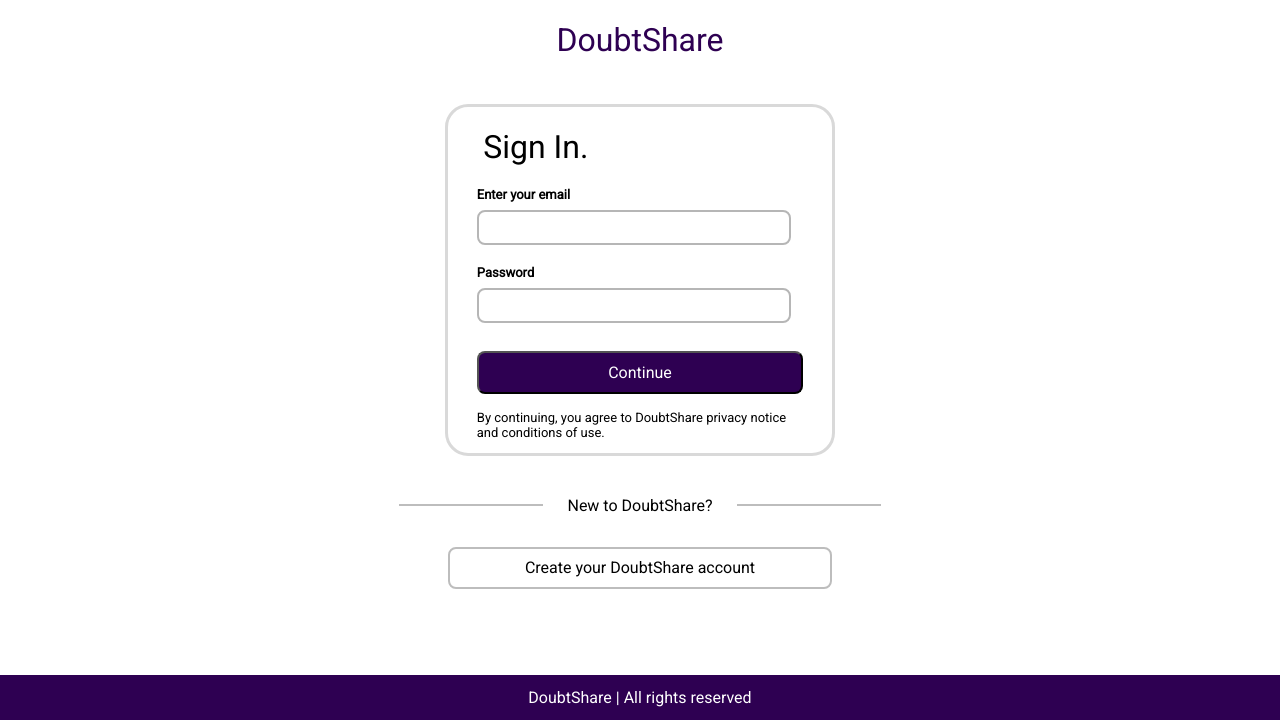
Repository: drumsmanku/doubtshare
Page: /login/tutor (app in frontend/)
These files come from the project's save history. The page is drawn as it stood at one moment and after the next save; the edit follows.
The browser window is 1280 px wide. The pictures show the whole page.
The project was rebuilt for these pictures with package versions that can differ from the ones it lists, and the page was loaded fresh each time. Also part of the build but not shown: frontend/src/App.css, frontend/src/Components/Register/Register.js, frontend/src/Components/Dashboard/Dashboard.js, frontend/src/Components/Login/Login.js, frontend/src/Components/RegisterTutor/RegisterTutor.js.

Above is the page before, as saved 2023-12-30 12:01:22.

After the next save:
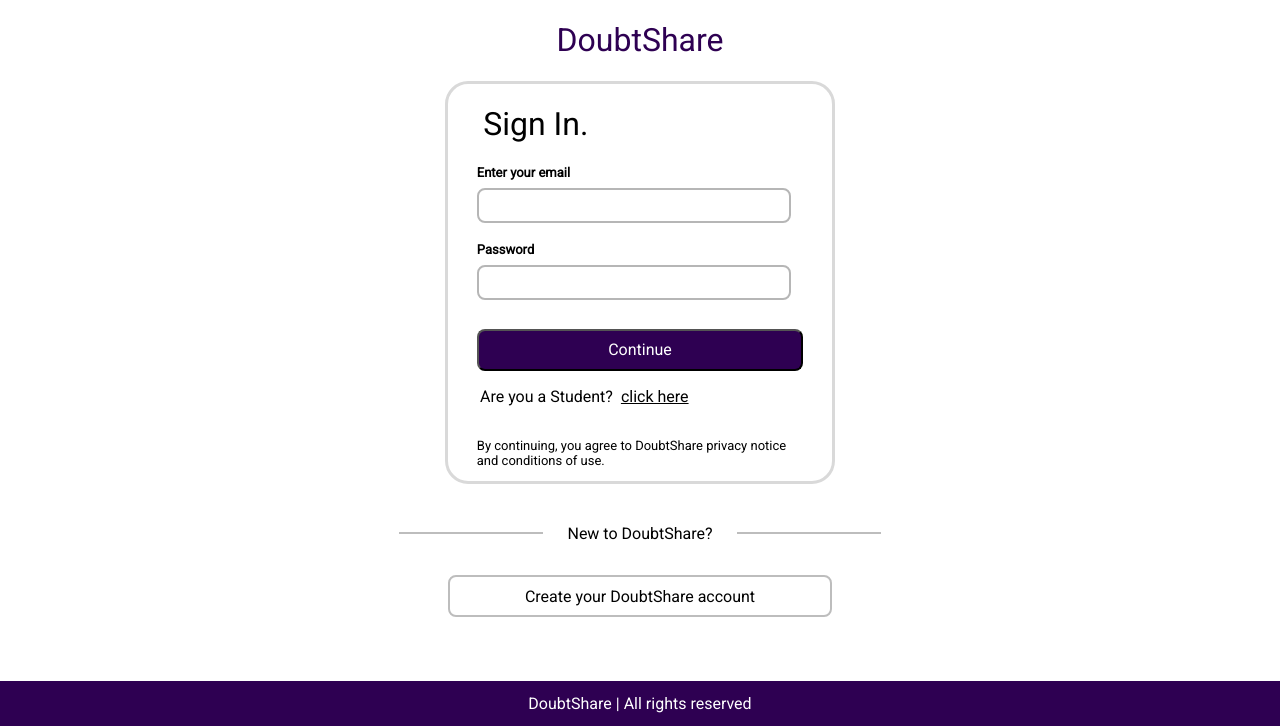
Saved 56 s later.
--- a/frontend/src/Components/LoginTutor/LoginTutor.js
+++ b/frontend/src/Components/LoginTutor/LoginTutor.js
@@ -83,6 +83,11 @@ function LoginTutor() {
             <button className={styles.buttonStyles} type="submit" style={{ cursor:'pointer'}} onClick={login}>Continue</button>
           </div>
 
+          <div style={{width:'100%', display:'flex', alignItems:'center', paddingLeft:'2rem'}}>
+             <p>Are you a Student?</p>
+             <u style={{ cursor:'pointer', marginLeft:'0.5rem'}} onClick={()=>{navigate('/login/student')}}>click here</u>
+          </div>
+
           <div style={{width:'100%', display:'flex', justifyContent:'center', marginTop:'1rem'}}>
             <p style={{width:'85%', textAlign:'left',fontSize:'small',  marginTop:0}}>By continuing, you agree to DoubtShare privacy notice and conditions of use.
             </p>
